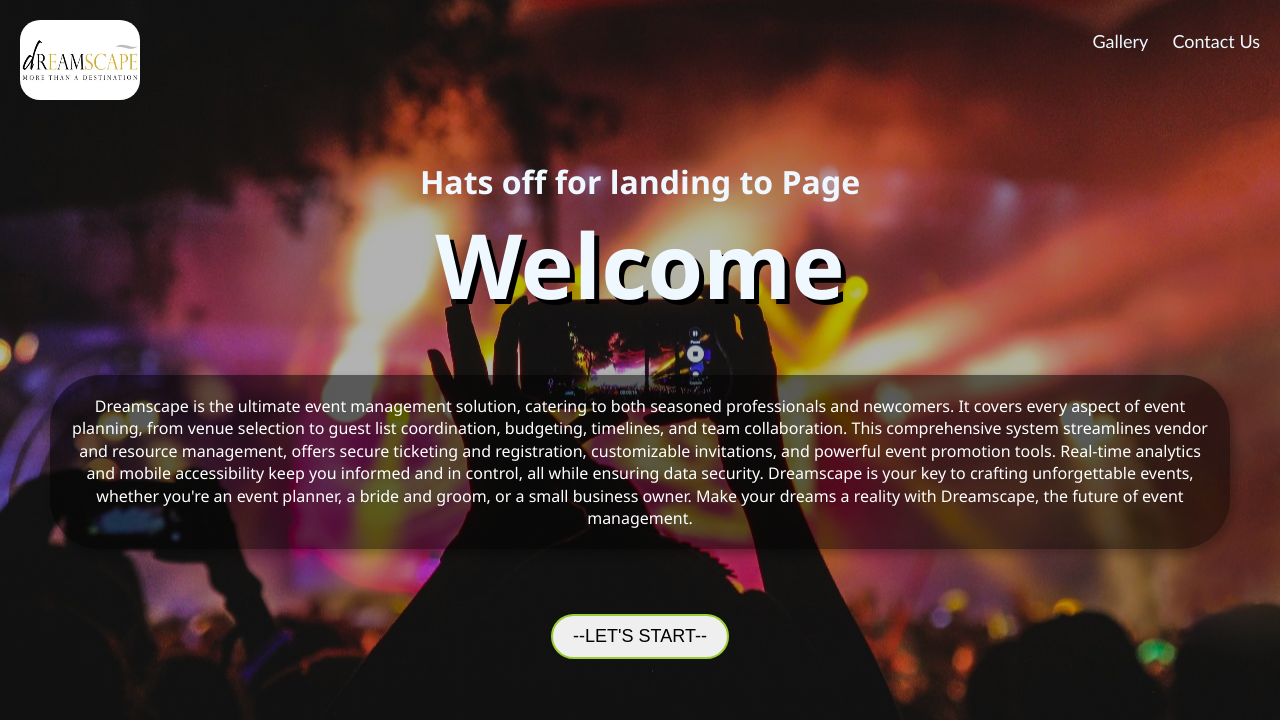
Repository: Dulankayapa/2ndyearoopprojrct
Page: http://localhost/feedback/welcome.jsp
An editor plug-in stored every save of this project. The page is shown before and after the next save, followed by the edit.
The browser window is 1280 px wide. The pictures show the whole page.
The page is served by Tomcat 9.

Above is the page before, as saved 2023-10-23 12:45:42.

After the next save:
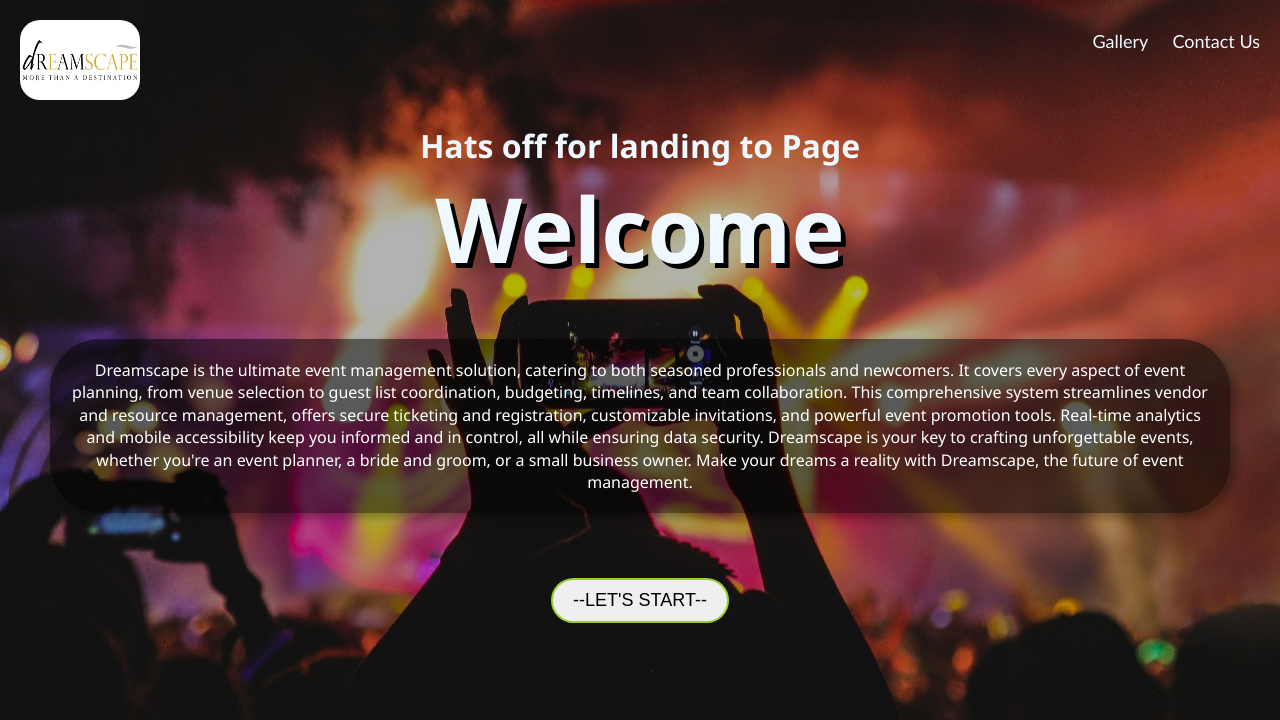
Saved 21 s later.
--- a/feedback/src/main/webapp/welcome.jsp
+++ b/feedback/src/main/webapp/welcome.jsp
@@ -115,9 +115,7 @@ p {
 		<li><a href="www.google.com">Contact Us</a></li>
 
 	</ul>
-	<br>
-	<br>
-	<br>
+
 	<h2>Hats off for landing to Page</h2>
 	<h1>Welcome</h1>
 	<p
